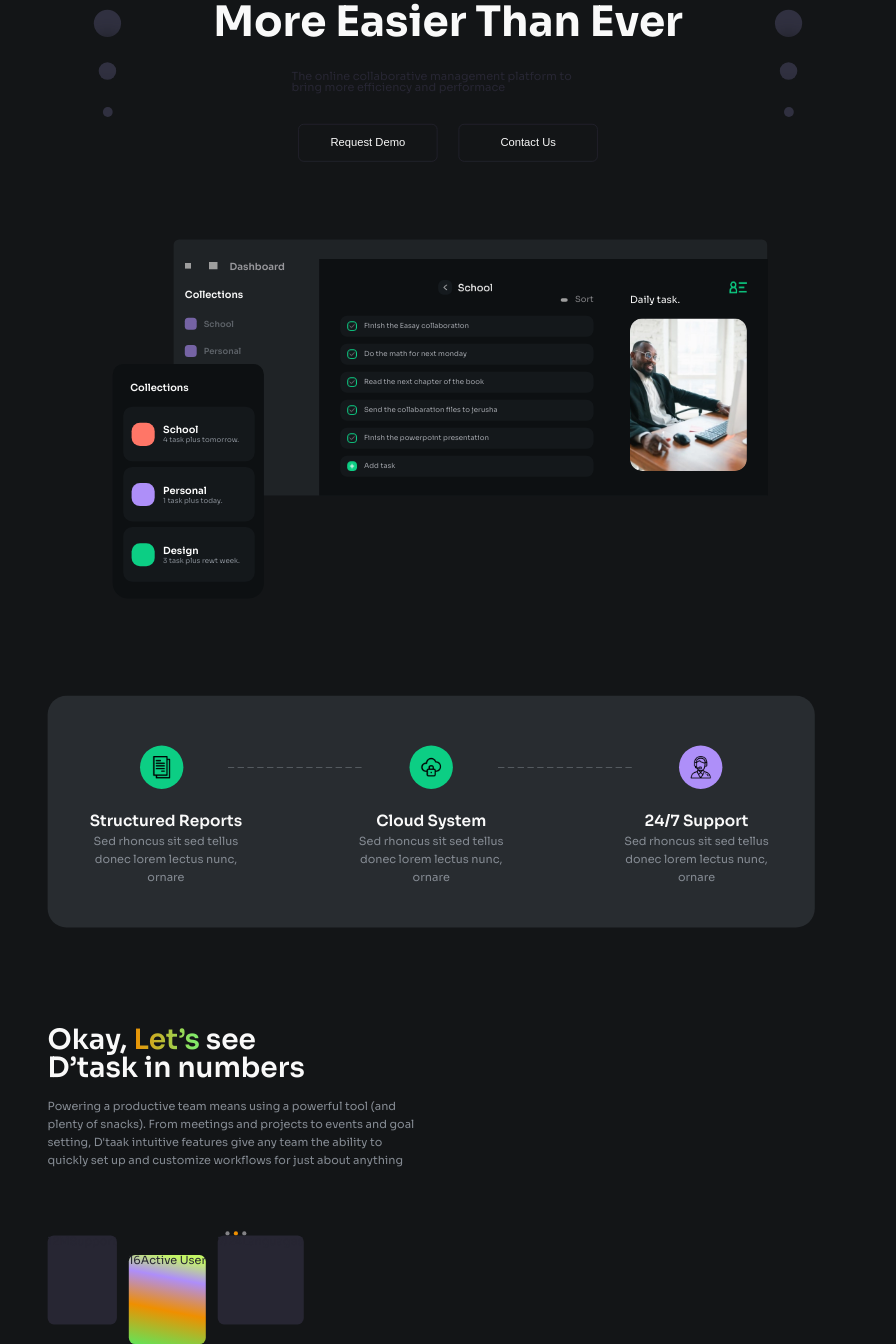
Repository: anhthiethumg/Task_Managerment_Website
Page: index.html
An editor plug-in stored every save of this project. The page is shown before and after a run of saves, followed by the edit.
The browser window is 1280 px wide. The pictures show the part of the page from y = 320 to 2240 px (the page is 2240 px tall), at 70% of full size.
Pictures or frames that could not be fetched are drawn as grey boxes. A picture or video elsewhere on the page could not be fetched, so the positions and the page height are approximate.

Above is the page before, as saved 2023-07-29 00:43:56.

After the next 2 saves:
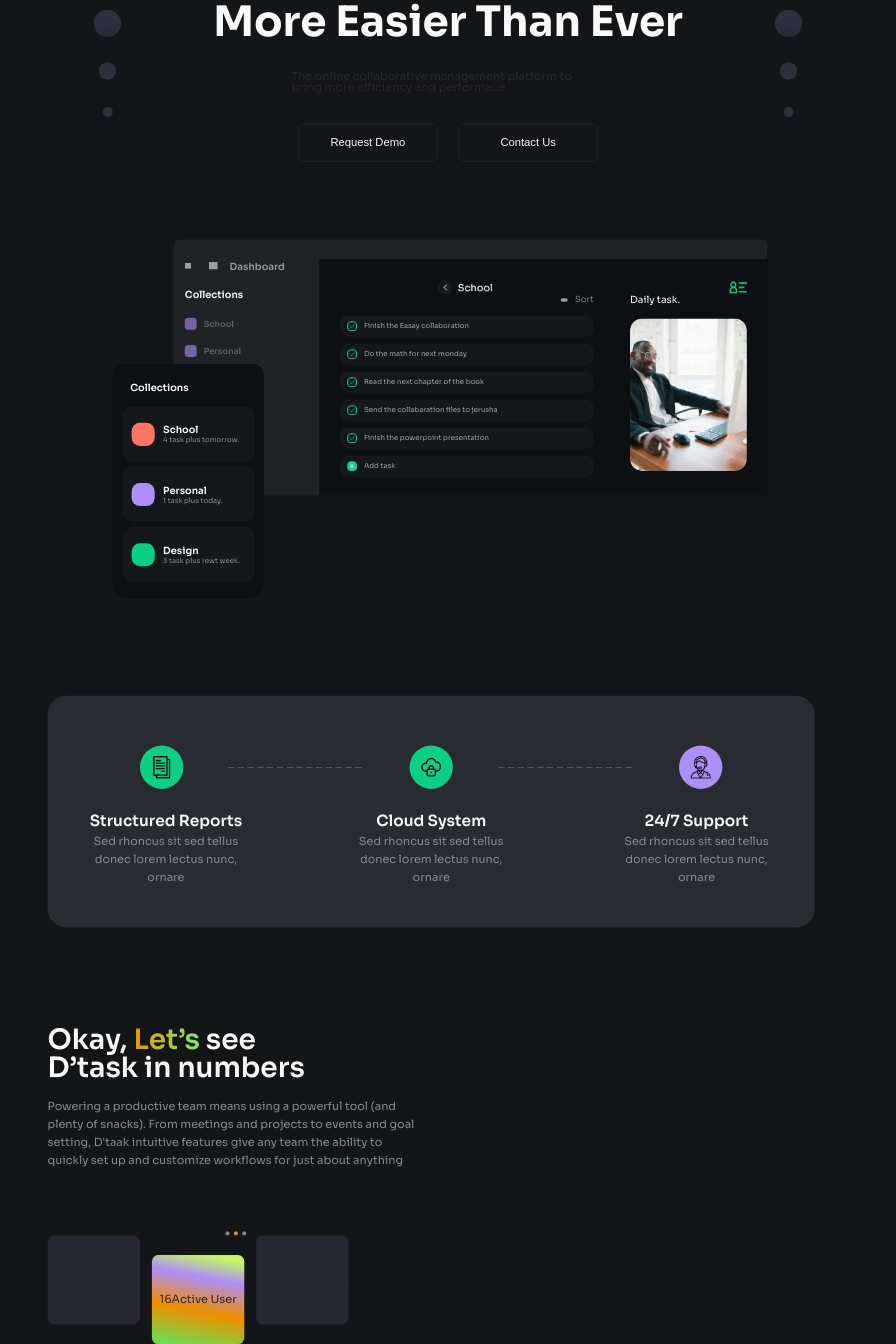
The 2 saves are shown as one change because they came seconds apart.
The last was saved 6 s later.
--- a/assets/css/styles.css
+++ b/assets/css/styles.css
@@ -508,7 +508,8 @@ a {
 .static__item {
   display: flex;
   flex-direction: row;
-  justify-content:c
+  justify-content:center;
+  align-items: center;
   width: 132px;
   height: 127px;
   border-radius: 9px;
